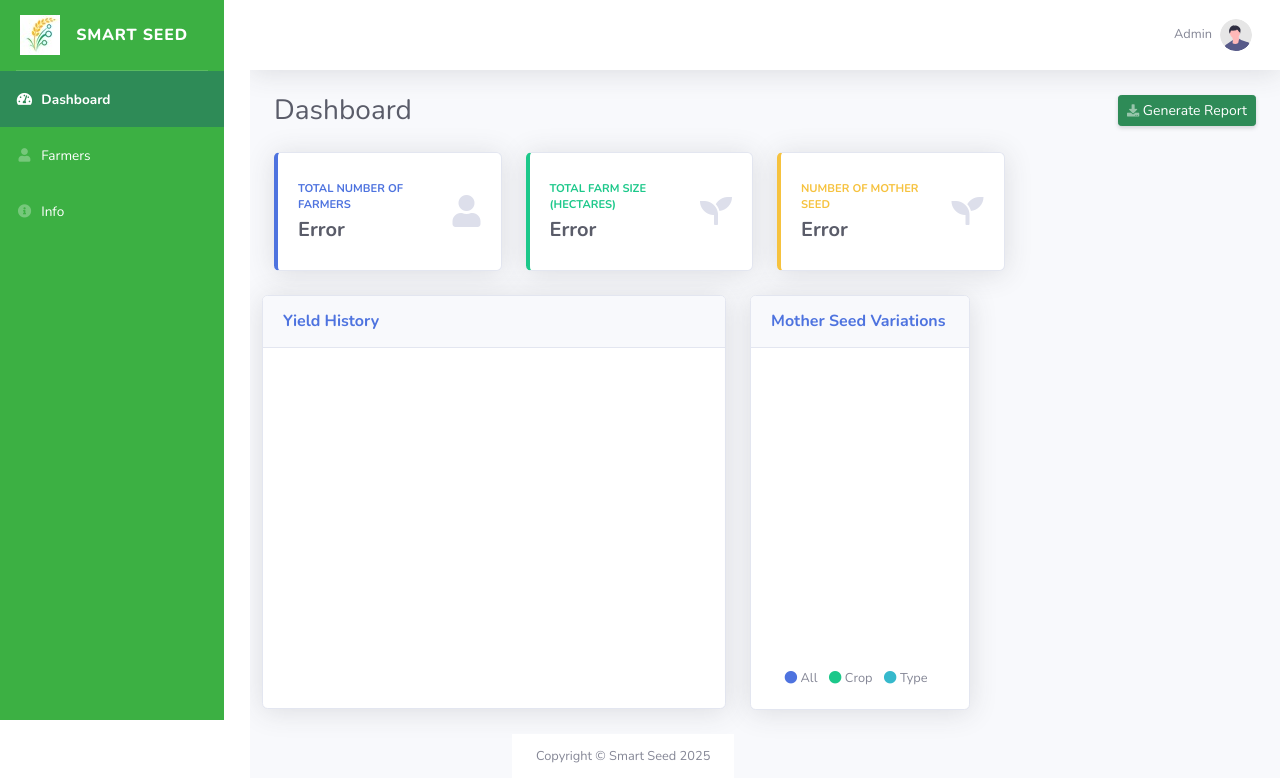
Repository: IFoundGeorge/Smart-Seed-v8-master
Page: src/guest/index.html
An editor plug-in stored every save of this project. The page is shown before and after the next save, followed by the edit.
The browser window is 1280 px wide. The pictures show the whole page.
The page's requests for data from a server got no answer.

Above is the page before, as saved 2025-03-19 02:19:50.

### src/guest/index.html
<html lang="en">

<head>

    <meta charset="utf-8">
    <meta http-equiv="X-UA-Compatible" content="IE=edge">
    <meta name="viewport" content="width=device-width, initial-scale=1, shrink-to-fit=no">
    <meta name="description" content="">
    <meta name="author" content="">

    <title>SB Admin 2 - Dashboard</title>

    <link href="../../node_modules/bootstrap/dist/css/bootstrap.min.css" />

    <!-- Custom fonts for this template-->
    <link href="../../node_modules/startbootstrap-sb-admin-2/fontawesome-free/css/all.min.css" rel="stylesheet" type="text/css">
    <link
        href="https://fonts.googleapis.com/css?family=Nunito:200,200i,300,300i,400,400i,600,600i,700,700i,800,800i,900,900i"
        rel="stylesheet">

    <!-- Custom styles for this template-->
    <link href="../../node_modules/startbootstrap-sb-admin-2/css/sb-admin-2.min.css" rel="stylesheet">

    <style type="text/css">
        /* Chart.js */
        @keyframes chartjs-render-animation {
            from {
                opacity: .99
            }

            to {
                opacity: 1
            }
        }

        .chartjs-render-monitor {
            animation: chartjs-render-animation 1ms
        }

        .chartjs-size-monitor,
        .chartjs-size-monitor-expand,
        .chartjs-size-monitor-shrink {
            position: absolute;
            direction: ltr;
            left: 0;
            top: 0;
            right: 0;
            bottom: 0;
            overflow: hidden;
            pointer-events: none;
            visibility: hidden;
            z-index: -1
        }

        .chartjs-size-monitor-expand>div {
            position: absolute;
            width: 1000000px;
            height: 1000000px;
            left: 0;
            top: 0
        }

        .chartjs-size-monitor-shrink>div {
            position: absolute;
            width: 200%;
            height: 200%;
            left: 0;
            top: 0
        }

        .sidebar {
            width: 250px;
            min-height: 100vh;
            position: fixed;
            top: 0;
            left: 0;
            z-index: 1000;
            overflow-y: auto;
        }

        #content-wrapper {
            margin-left: 250px;
            flex: 1;
            display: flex;
            flex-direction: column;
        }

        footer.sticky-footer {
            position: relative;
            bottom: 0;
            width: 100%;
            padding: 1rem 0;
            background-color: #ffffff;
            text-align: center;
            flex-shrink: 0;
        }
    </style>
    <style>
        /* Change the color of sidebar links */
        .sidebar .nav-item .nav-link {
            color: white; /* Default text color */
        }

        /* Change the hover color for sidebar links */
        .sidebar .nav-item .nav-link:hover {
            background-color: #2e8b57; /* Darker green on hover */
            color: white; /* Text color on hover */
        }

        /* Change the color of active sidebar links */
        .sidebar .nav-item.active .nav-link {
            background-color: #2e8b57; /* Darker green for active links */
            color: white; /* Text color for active links */
        }
    </style>
</head>

<body id="page-top">

    <!-- Page Wrapper -->
    <div id="wrapper">

        <!-- Sidebar -->
        <ul class="navbar-nav sidebar sidebar-dark accordion" id="accordionSidebar" style="background-color: #3cb043;">
            <!-- Sidebar - Brand -->
            <a class="sidebar-brand d-flex align-items-center justify-content-center" href="index.html">
                <img src="../../img/smartseed_logo.jpg" alt="Smart Seed Logo">
                <div class="sidebar-brand-text mx-3">Smart Seed</div>
            </a>

            <!-- Divider -->
            <hr class="sidebar-divider my-0">

            <!-- Nav Item - Dashboard -->
            <li class="nav-item active">
                <a class="nav-link" href="index.html">
                    <i class="fas fa-fw fa-tachometer-alt"></i>
                    <span>Dashboard</span>
                </a>
            </li>

            <!-- Nav Item - Farmers -->
            <li class="nav-item">
                <a class="nav-link" href="farmers.html">
                    <i class="fas fa-fw fa-user"></i>
                    <span>Farmers</span>
                </a>
            </li>

            <!-- Nav Item - Info -->
            <li class="nav-item">
                <a class="nav-link" href="info.html">
                    <i class="fas fa-fw fa-info-circle"></i>
                    <span>Info</span>
                </a>
            </li>
        </ul>

        <!-- End of Sidebar -->

        <!-- Content Wrapper -->
        <div id="content-wrapper" class="d-flex flex-column">

            <!-- Main Content -->
            <div id="content">

                <!-- Topbar -->
                <nav class="navbar navbar-expand navbar-light bg-white topbar mb-4 static-top shadow">

                    <!-- Sidebar Toggle (Topbar) -->
                    <button id="sidebarToggleTop" class="btn btn-link d-md-none rounded-circle mr-3">
                        <i class="fa fa-bars"></i>
                    </button>



                    <!-- Topbar Navbar -->
                    <ul class="navbar-nav ml-auto">

                        <!-- Nav Item - Search Dropdown (Visible Only XS) -->
                        <li class="nav-item dropdown no-arrow d-sm-none">
                            <a class="nav-link dropdown-toggle" href="#" id="searchDropdown" role="button"
                                data-toggle="dropdown" aria-haspopup="true" aria-expanded="false">
                                <i class="fas fa-search fa-fw"></i>
                            </a>
                            <!-- Dropdown - Messages -->
                            <div class="dropdown-menu dropdown-menu-right p-3 shadow animated--grow-in"
                                aria-labelledby="searchDropdown">
                                <form class="form-inline mr-auto w-100 navbar-search">
                                    <div class="input-group">
                                        <input type="text" class="form-control bg-light border-0 small"
                                            placeholder="Search for..." aria-label="Search"
                                            aria-describedby="basic-addon2">
                                        <div class="input-group-append">
                                            <button class="btn btn-primary" type="button">
                                                <i class="fas fa-search fa-sm"></i>
                                            </button>
                                        </div>
                                    </div>
                                </form>
                            </div>
                        </li>



                        <!-- Nav Item - User Information -->
                        <li class="nav-item dropdown no-arrow">
                            <a class="nav-link dropdown-toggle" href="#" id="userDropdown" role="button"
                                data-toggle="dropdown" aria-haspopup="true" aria-expanded="false">
                                <span class="mr-2 d-none d-lg-inline text-gray-600 small">Admin</span>
                                <img class="img-profile rounded-circle"
                                    src="../../img/undraw_profile.svg">
                            </a>
                            <!-- Dropdown - User Information -->
                            <div class="dropdown-menu dropdown-menu-right shadow animated--grow-in"
                                aria-labelledby="userDropdown">
                                <a class="dropdown-item" href="#">
                                    <i class="fas fa-user fa-sm fa-fw mr-2 text-gray-400"></i>
                                    Profile
                                </a>
                                <div class="dropdown-divider"></div>
                                <a class="dropdown-item" href="#" data-toggle="modal" data-target="#logoutModal">
                                    <i class="fas fa-sign-out-alt fa-sm fa-fw mr-2 text-gray-400"></i>
                                    Logout
                                </a>
                            </div>
                        </li>

                    </ul>

                </nav>
                <!-- End of Topbar -->

                <!-- Begin Page Content -->
                <div class="container-fluid">

                    <!-- Page Heading -->
                    <div class="d-sm-flex align-items-center justify-content-between mb-4">
                        <h1 class="h3 mb-0 text-gray-800">Dashboard</h1>
                        <a href="#" class="d-none d-sm-inline-block btn btn-sm btn-primary shadow-sm" onclick="printPage()" style="background-color: #2e8b57; border-color: #2e8b57; color: white;">
                            <i class="fas fa-download fa-sm text-white-50"></i> Generate Report
                        </a>
                    </div>

                    <script>
                        function praintPage() {
                            window.print();
                        }
                    </script>

                    <!-- Content Row -->
                    <div class="row">

                        <!-- Farmers Card -->
                        <div class="col-xl-3 col-md-6 mb-4">
                            <div class="card border-left-primary shadow h-100 py-2">
                                <div class="card-body">
                                    <div class="row no-gutters align-items-center">
                                        <div class="col mr-2">
                                            <div class="text-xs font-weight-bold text-primary text-uppercase mb-1">
                                                Total Number of Farmers
                                            </div>
                                            <div id="totalFarmers" class="h5 mb-0 font-weight-bold text-gray-800">Loading...</div>
                                        </div>
                                        <div class="col-auto">
                                            <i class="fas fa-user fa-2x text-gray-300"></i>
                                        </div>
                                    </div>
                                </div>
                            </div>
                        </div>

                        <script>
                        document.addEventListener("DOMContentLoaded", function() {
                            fetch('http://localhost:3000/api/farmers') // Fetch all farmers
                                .then(response => response.json())
                                .then(data => {
                                    // Count the number of farmers
                                    const totalFarmers = data.length;
                                    document.getElementById("totalFarmers").textContent = totalFarmers;
                                })
                                .catch(error => {
                                    console.error('Error fetching farmers:', error);
                                    document.getElementById("totalFarmers").textContent = "Error";
                                });
                        });
                        </script>


                        <!-- Total Farm Size -->
                        <div class="col-xl-3 col-md-6 mb-4">
                            <div class="card border-left-success shadow h-100 py-2">
                                <div class="card-body">
                                    <div class="row no-gutters align-items-center">
                                        <div class="col mr-2">
                                            <div class="text-xs font-weight-bold text-success text-uppercase mb-1">
                                                Total Farm Size (Hectares)
                                            </div>
                                            <div id="totalFarmSize" class="h5 mb-0 font-weight-bold text-gray-800">Loading...</div>
                                        </div>
                                        <div class="col-auto">
                                            <i class="fas fa-seedling fa-2x text-gray-300"></i>
                                        </div>
                                    </div>
                                </div>
                            </div>
                        </div>

                        <script>
                            document.addEventListener("DOMContentLoaded", function() {
                                fetch('http://localhost:3000/api/farmers') // Fetch farmers data
                                    .then(response => response.json())
                                    .then(data => {
                                        console.log("Fetched Data:", data); // Debugging

                                        if (!Array.isArray(data) || data.length === 0) {
                                            console.error("API returned an empty array or invalid data.");
                                            document.getElementById("totalFarmSize").textContent = "No data";
                                            return;
                                        }

                                        let totalFarmSize = 0;

                                        data.forEach(farmer => {
                                            let size = parseFloat(farmer.Farm_Size); // Match exact key name

                                            if (isNaN(size)) {
                                                console.warn(`Skipping invalid farm size for farmer:`, farmer);
                                                return; // Skip invalid values
                                            }

                                            totalFarmSize += size;
                                        });

                                        console.log("Total Farm Size Calculated:", totalFarmSize);

                                        document.getElementById("totalFarmSize").textContent = totalFarmSize.toFixed(2) + " ha";
                                    })
                                    .catch(error => {
                                        console.error('Error fetching farm sizes:', error);
                                        document.getElementById("totalFarmSize").textContent = "Error";
                                    });
                            });
                            </script>


                        <!-- Number of Mother Seed -->
                    <div class="col-xl-3 col-md-6 mb-4">
                        <div class="card border-left-warning shadow h-100 py-2">
                            <div class="card-body">
                                <div class="row no-gutters align-items-center">
                                    <div class="col mr-2">
                                        <div class="text-xs font-weight-bold text-warning text-uppercase mb-1">
                                            Number of Mother Seed
                                        </div>
                                        <div id="totalMotherSeed" class="h5 mb-0 font-weight-bold text-gray-800">Loading...</div>
                                    </div>
                                    <div class="col-auto">
                                        <i class="fas fa-seedling fa-2x text-gray-300"></i>
                                    </div>
                                </div>
                            </div>
                        </div>
                    </div>

                    <script>
                    document.addEventListener("DOMContentLoaded", function() {
                        fetch('http://localhost:3000/api/farmers') // Fetch farmers data
                            .then(response => response.json())
                            .then(data => {
                                console.log("Fetched Farmers Data:", data); // Debugging

                                if (!Array.isArray(data) || data.length === 0) {
                                    console.error("API returned an empty array or invalid data.");
                                    document.getElementById("totalMotherSeed").textContent = "No data";
                                    return;
                                }

                                // Calculate total mother seed count (Farm_Size * Average_Yield)
                                const totalMotherSeed = data.reduce((sum, farmer) => {
                                    let farmSize = parseFloat(farmer.Farm_Size) || 0;
                                    let averageYield = parseFloat(farmer.Average_Yield) || 0;
                                    return sum + (farmSize * averageYield);
                                }, 0);

                                console.log("Total Mother Seed Calculated:", totalMotherSeed);

                                // Display the total, formatted with commas
                                document.getElementById("totalMotherSeed").textContent = totalMotherSeed.toLocaleString() + " seeds";
                            })
                            .catch(error => {
                                console.error('Error fetching mother seed count:', error);
                                document.getElementById("totalMotherSeed").textContent = "Error";
                            });
                    });
                    </script>

                    <!-- Content Row -->

                    <div class="row">

                        <!-- Area Chart -->
                        <div class="col-xl-8 col-lg-7">
                            <div class="card shadow mb-4">
                                <!-- Card Header - Dropdown -->
                                <div
                                    class="card-header py-3 d-flex flex-row align-items-center justify-content-between">
                                    <h6 class="m-0 font-weight-bold text-primary">Yield History</h6>
                                    <!-- Removed dropdown menu -->
                                </div>
                                <!-- Card Body -->
                                <div class="card-body">
                                    <div class="chart-area">
                                        <canvas id="myAreaChart"></canvas>
                                    </div>
                                </div>
                            </div>
                        </div>

                        <!-- Pie Chart -->
                        <div class="col-xl-4 col-lg-5">
                            <div class="card shadow mb-4">
                                <!-- Card Header - Dropdown -->
                                <div
                                    class="card-header py-3 d-flex flex-row align-items-center justify-content-between">
                                    <h6 class="m-0 font-weight-bold text-primary">Mother Seed Variations</h6>
                                </div>
                                <!-- Card Body -->
                                <div class="card-body">
                                    <div class="chart-pie pt-4 pb-2">
                                        <canvas id="myPieChart"></canvas>

                                    </div>
                                    <div class="mt-4 text-center small">
                                        <span class="mr-2">
                                            <i class="fas fa-circle text-primary"></i> All
                                        </span>
                                        <span class="mr-2">
                                            <i class="fas fa-circle text-success"></i> Crop
                                        </span>
                                        <span class="mr-2">
                                            <i class="fas fa-circle text-info"></i> Type
                                        </span>
                                    </div>
                                </div>
                            </div>
                        </div>
                    </div>

                    <!-- Content Row -->
                    <div class="row">

                        <!-- Content Column -->



            </div>
            <!-- End of Main Content -->

            <!-- Footer -->
            <div id="wrapper">
                <div id="content-wrapper" class="d-flex flex-column">
                    <div id="content">
                        <!-- Page content goes here -->
                    </div>
                    <footer class="sticky-footer bg-white">
                        <div class="container my-auto">
                            <div class="copyright text-center my-auto">
                                <span>Copyright &copy; Smart Seed 2025</span>
                            </div>
                        </div>
                    </footer>
                </div>
            </div>
            <!-- End of Footer -->

        </div>
    </div>
    <!-- End of Page Wrapper -->

    <!-- Scroll to Top Button-->
    <a class="scroll-to-top rounded" href="#page-top">
        <i class="fas fa-angle-up"></i>
    </a>

    <!-- Logout Modal-->
    <div class="modal fade" id="logoutModal" tabindex="-1" role="dialog" aria-labelledby="exampleModalLabel"
        aria-hidden="true">
        <div class="modal-dialog" role="document">
            <div class="modal-content">
                <div class="modal-header">
                    <h5 class="modal-title" id="exampleModalLabel">Ready to Leave?</h5>
                    <button class="close" type="button" data-dismiss="modal" aria-label="Close">
                        <span aria-hidden="true">×</span>
                    </button>
                </div>
                <div class="modal-body">Select "Logout" below if you are ready to end your current session.</div>
                <div class="modal-footer">
                    <button class="btn btn-secondary" type="button" data-dismiss="modal">Cancel</button>
                    <a class="btn btn-primary" href="login.html">Logout</a>
                </div>
            </div>
        </div>
    </div>

    <!-- Bootstrap core JavaScript-->
    <script src="../../vendor/jquery/jquery.min.js"></script>
    <script src="../../vendor/bootstrap/js/bootstrap.bundle.min.js"></script>
    <script src="https://cdn.jsdelivr.net/npm/chart.js"></script>


    <!-- Core plugin JavaScript-->
    <script src="../../vendor/jquery-easing/jquery.easing.min.js"></script>

    <!-- Custom scripts for all pages-->
    <script src="../../js/sb-admin-2.min.js"></script>

    <!-- Page level plugins -->
    <script src="../../vendor/chart.js/Chart.min.js"></script>

    <!-- Page level custom scripts -->
    <script src="../../js/demo/chart-area-demo.js"></script>
    <script src="../../js/demo/chart-pie-demo.js"></script>

    <script src="../../js/fetchCropData.js"></script>

</body>

</html>

### js/fetchCropData.js
async function fetchCropData() {
    try {
      const response = await fetch("http://localhost:3000/api/crop_distribution");
      const data = await response.json();

      console.log("Fetched Data:", data); // Debug output

      if (data.length === 0) {
        console.warn("No crop data found.");
        return;
      }

      const labels = data.map(item => item.crop_type);
      const values = data.map(item => item.count);

      updatePieChart(labels, values);
    } catch (error) {
      console.error("Error fetching crop data:", error);
    }
  }

  // Attach to the window object
  window.fetchCropData = fetchCropData;

  document.addEventListener("DOMContentLoaded", () => {
    fetchCropData();
});

Loaded but not shown: vendor/fontawesome-free/css/all.min.css (library); css/sb-admin-2.min.css (library); vendor/jquery/jquery.min.js (library); vendor/bootstrap/js/bootstrap.bundle.min.js (library); vendor/jquery-easing/jquery.easing.min.js (common file); js/sb-admin-2.min.js (common file); vendor/chart.js/Chart.min.js (library); js/demo/chart-area-demo.js (132 lines, source omitted); js/demo/chart-pie-demo.js (40 lines, source omitted)

After the next save:
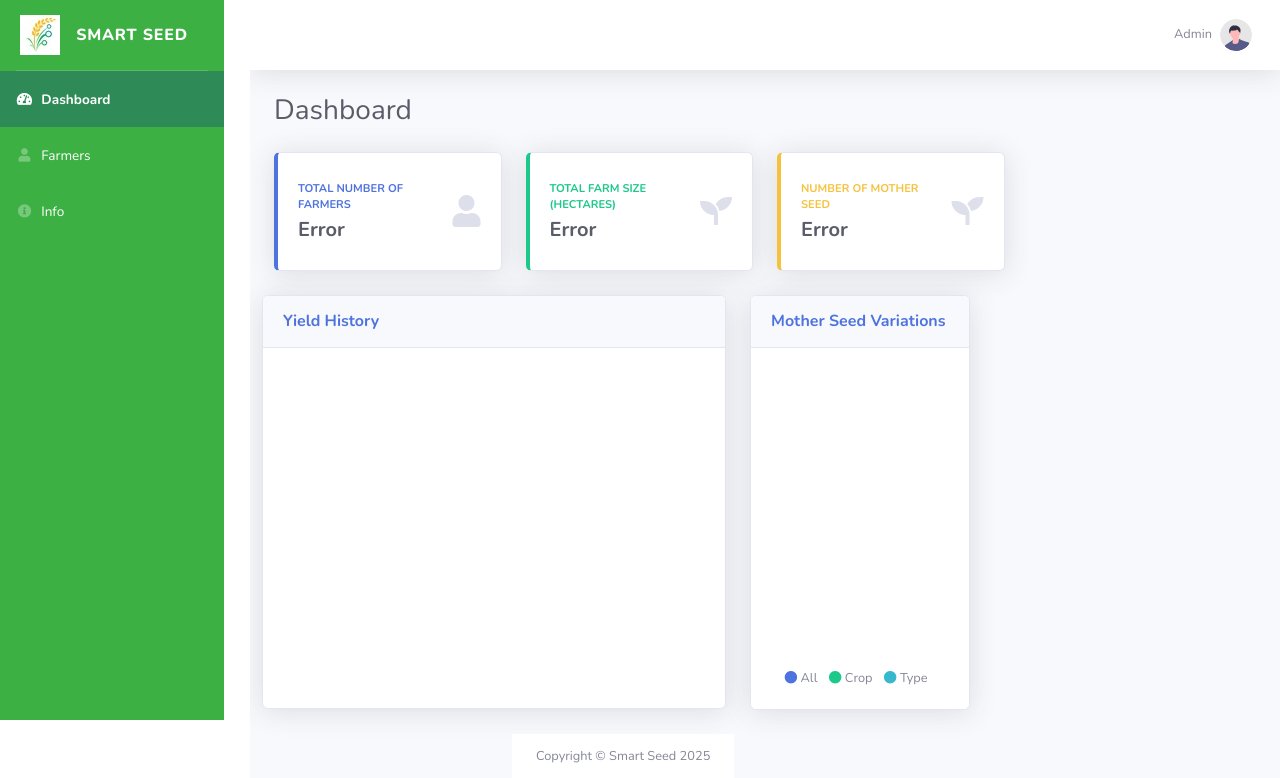
Saved 78 s later.
--- a/src/guest/index.html
+++ b/src/guest/index.html
@@ -237,9 +237,6 @@
                     <!-- Page Heading -->
                     <div class="d-sm-flex align-items-center justify-content-between mb-4">
                         <h1 class="h3 mb-0 text-gray-800">Dashboard</h1>
-                        <a href="#" class="d-none d-sm-inline-block btn btn-sm btn-primary shadow-sm" onclick="printPage()" style="background-color: #2e8b57; border-color: #2e8b57; color: white;">
-                            <i class="fas fa-download fa-sm text-white-50"></i> Generate Report
-                        </a>
                     </div>
 
                     <script>
